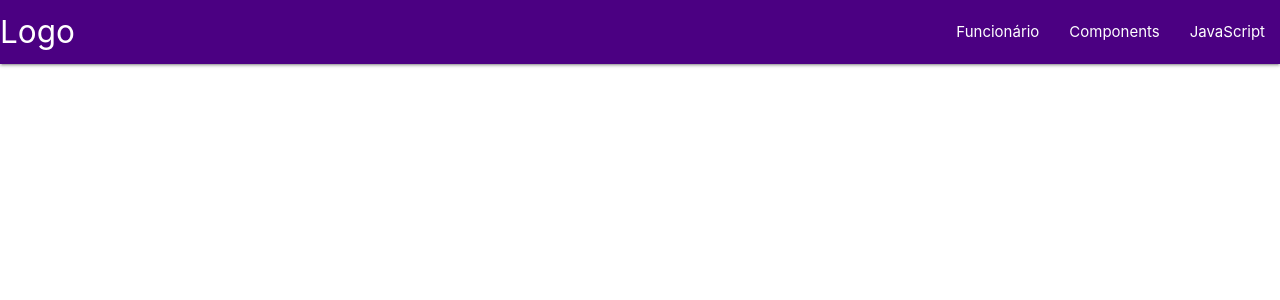
Repository: andrehct/CONCESSIONARIA_BD
Page: http://localhost/Projeto/funcionario/listar.jsp
The author's editor kept a copy of each file at every save. The page is drawn from the files as they stood at one save, then again after the next save.
The browser window is 1280 px wide. The pictures show the whole page.
The page is served by Tomcat 9. Other server files are loaded and not shown.

Above is the page before, as saved 2019-06-28 14:18:02.

### Projeto/WebContent/funcionario/listar.jsp
<%@ page language="java" contentType="text/html; charset=ISO-8859-1"
    pageEncoding="ISO-8859-1"%>
<!DOCTYPE html>
<html>
<head>
<meta charset="ISO-8859-1">
<title>::: Lista de Funcionários :::</title>
<%@ include file="../menu.jsp" %>
</head>
<body>

</body>
</html>

### Projeto/WebContent/menu.jsp
<!--Import Google Icon Font-->
<link href="https://fonts.googleapis.com/icon?family=Material+Icons" rel="stylesheet">
<!--Import materialize.css-->
<link type="text/css" rel="stylesheet" href="../css/materialize.min.css"  media="screen,projection"/>

<!--Let browser know website is optimized for mobile-->
<meta name="viewport" content="width=device-width, initial-scale=1.0"/>
<header>
 <nav>
  <div class="nav-wrapper">
    <a href="#" class="brand-logo">Logo</a>
    <ul id="nav-mobile" class="right hide-on-med-and-down">
      <li><a href="FuncionarioController">Funcionário</a></li>
      <li><a href="badges.html">Components</a></li>
      <li><a href="collapsible.html">JavaScript</a></li>
    </ul>
  </div>
</nav>
</header>

<!--JavaScript at end of body for optimized loading-->
<script type="text/javascript" src="../js/materialize.min.js"></script>

Loaded but not shown: Projeto/WebContent/css/materialize.min.css (library); Projeto/WebContent/js/materialize.min.js (library)

After the next save:
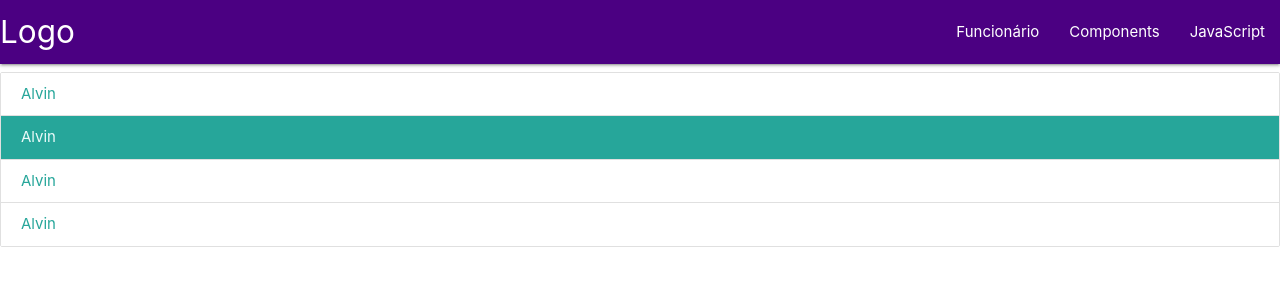
Saved 2 min 33 s later.
--- a/Projeto/WebContent/funcionario/listar.jsp
+++ b/Projeto/WebContent/funcionario/listar.jsp
@@ -9,5 +9,12 @@
 </head>
 <body>
 
+	<div class="collection">
+        <a href="#!" class="collection-item">Alvin</a>
+        <a href="#!" class="collection-item active">Alvin</a>
+        <a href="#!" class="collection-item">Alvin</a>
+        <a href="#!" class="collection-item">Alvin</a>
+      </div>
+
 </body>
 </html>
